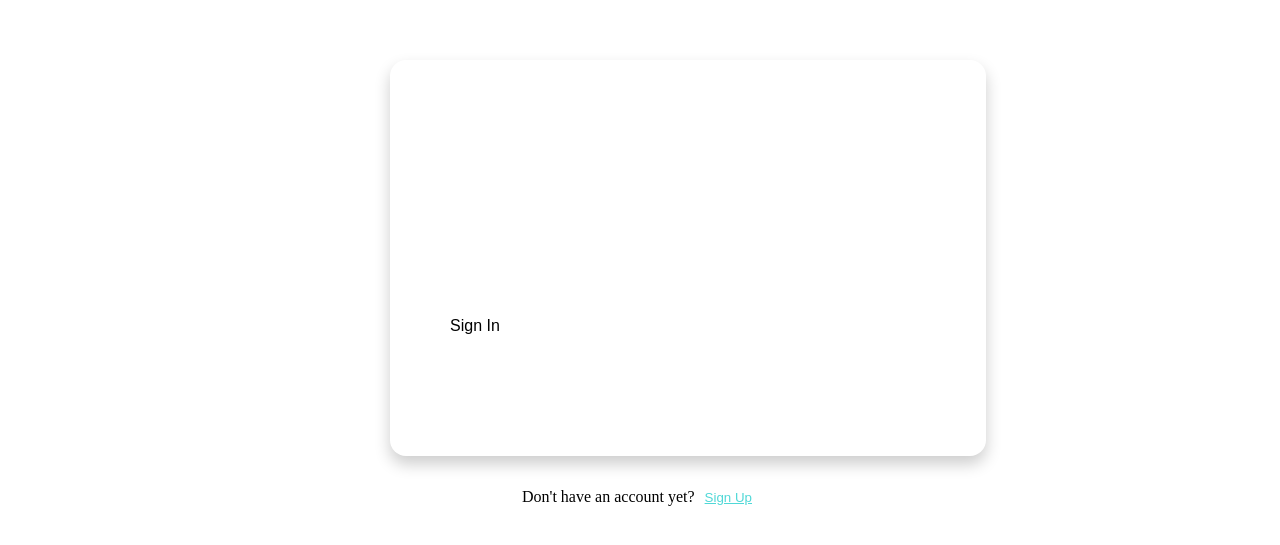
Repository: bettowww/TravelDSA
Page: /auth
An editor plug-in stored every save of this project. The page is shown before and after the next save, followed by the edit.
The browser window is 1280 px wide. The pictures show the whole page.
The page's requests for data from a server got no answer. The project was rebuilt for these pictures with package versions that can differ from the ones it lists, and the page was loaded fresh each time. The framework's server and built-in components were replaced by stand-ins that run in the browser. No one was signed in, and anything a server would have sent is missing. Also part of the build but not shown: next.config.mjs.

Above is the page before, as saved 2024-12-09 15:59:13.

### app/auth/page.jsx
"use client";  // Asigură-te că acest lucru este adăugat pentru a marca componenta ca fiind client-side
import { useState, useEffect } from "react";
import { useRouter } from "next/navigation";  // Importă useRouter din 'next/navigation'
import AuthForm from "../../components/AuthForm"; // Componenta ta pentru formulare
import { auth } from "../firebase/config"; // Configurarea Firebase
import { createUserWithEmailAndPassword, signInWithEmailAndPassword } from "firebase/auth";

import "/styles/auth.css"; // Stilurile pentru paginile de autentificare

const AuthPage = () => {
  const [isSignUp, setIsSignUp] = useState(false); // Controlează ce formular să afișeze
  const [email, setEmail] = useState(""); // Stochează email-ul
  const [password, setPassword] = useState(""); // Stochează parola
  const [error, setError] = useState(null); // Gestionarea erorilor
  const [successMessage, setSuccessMessage] = useState(""); // Mesajul de succes
  const router = useRouter(); // Folosește useRouter pentru a naviga

  const toggleForm = () => {
    setIsSignUp((prev) => !prev); // Comută între Sign Up și Sign In
    setError(null); // Resetează erorile
    setEmail(""); // Resetează câmpul Email
    setPassword(""); // Resetează câmpul Password
    setSuccessMessage(""); // Resetează mesajul de succes
  };

  const handleSubmit = async (e) => {
    e.preventDefault();
    setError(null); // Resetează erorile la trimiterea formularului

    try {
      if (isSignUp) {
        // Crează un nou utilizator
        await createUserWithEmailAndPassword(auth, email, password);
        setSuccessMessage("Account created successfully! Please log in.");
        setIsSignUp(false); // Comută automat la Sign In
        setEmail(""); // Resetează câmpul Email
        setPassword(""); // Resetează câmpul Password
      } else {
        // Autentifică utilizatorul
        await signInWithEmailAndPassword(auth, email, password);
        alert("Sign In successful!");

        // După autentificare, redirecționează utilizatorul la /home
        router.push("/home");  // Redirecționează la pagina principală
      }
    } catch (err) {
      setError(err.message); // Afișează eroarea în caz de eșec
    }
  };

  return (
    <div style={{ maxWidth: "500px", margin: "auto", padding: "20px" }}>
      {/* Afișează mesajul de succes dacă există */}
      {successMessage && <p className="success-message">{successMessage}</p>}

      {/* Formularele de autentificare și înregistrare */}
      <AuthForm
        email={email}
        password={password}
        setEmail={setEmail}
        setPassword={setPassword}
        error={error}
        handleSubmit={handleSubmit}
        buttonText={isSignUp ? "Sign Up" : "Sign In"}
      />

      {/* Link pentru comutarea între Sign In și Sign Up */}
      <div style={{ textAlign: "center", marginTop: "10px" }}>
        <p>
          {isSignUp
            ? "Already have an account? "
            : "Don't have an account yet? "}
          <button
            onClick={toggleForm}
            style={{
              background: "none",
              border: "none",
              color: "#50D8D7",
              cursor: "pointer",
              textDecoration: "underline",
            }}
          >
            {isSignUp ? "Sign In" : "Sign Up"}
          </button>
        </p>
      </div>
    </div>
  );
};

export default AuthPage;

### components/AuthForm.jsx
import React from "react";
import '../styles/auth.css'; // sau asigură-te că stilurile sunt aplicate din globals.css

const AuthForm = ({ email, password, setEmail, setPassword, error, handleSubmit, buttonText, className }) => {
  return (
    <div className={`auth-form ${className}`}>
      <h1 className="auth-form-title">{buttonText}</h1>
      <form onSubmit={handleSubmit}>
        <div className="auth-form-group">
          <label className="auth-form-label" htmlFor="email">Email</label>
          <input
            id="email"
            type="email"
            value={email}
            onChange={(e) => setEmail(e.target.value)}
            className="auth-form-input"
            required
          />
        </div>
        <div className="auth-form-group">
          <label className="auth-form-label" htmlFor="password">Password</label>
          <input
            id="password"
            type="password"
            value={password}
            onChange={(e) => setPassword(e.target.value)}
            className="auth-form-input"
            required
          />
        </div>
        {error && <p className="auth-form-error">{error}</p>}
        <button type="submit" className="auth-form-button">
          {buttonText}
        </button>
      </form>
    </div>
  );
};

  export default AuthForm;

### app/firebase/config.js
// Import the functions you need from the SDKs you need
import { initializeApp, getApps, getApp } from "firebase/app";
import { getAuth } from "firebase/auth";
import { getAnalytics } from "firebase/analytics";

const firebaseConfig = {
  apiKey: process.env.NEXT_PUBLIC_FIREBASE_API_KEY,
  authDomain: process.env.NEXT_PUBLIC_FIREBASE_AUTH_DOMAIN,
  databaseURL: process.env.NEXT_PUBLIC_FIREBASE_DATABASE_URL,
  projectId: process.env.NEXT_PUBLIC_FIREBASE_PROJECT_ID,
  storageBucket: process.env.NEXT_PUBLIC_FIREBASE_STORAGE_BUCKET,
  messagingSenderId: process.env.NEXT_PUBLIC_FIREBASE_MESSAGING_SENDER_ID,
  appId: process.env.NEXT_PUBLIC_FIREBASE_APP_ID,
  measurementId: process.env.NEXT_PUBLIC_FIREBASE_MEASUREMENT_ID
};

// Initialize Firebase
const app = !getApps().length ? initializeApp(firebaseConfig) : getApp();
const auth = getAuth(app);

export {app, auth};

### styles/auth.css
.auth-form {
    max-width: 600px;
    width: 100%;
    min-height: 300px;
    margin: 2rem auto;
    padding: 3rem;
    background-color: var(--color-jet);
    border: 1px solid var(--color-border);
    border-radius: 16px;
    box-shadow: 0 8px 16px rgba(0, 0, 0, 0.2);
    animation: fadeIn 0.5s ease-in-out;
}

.auth-form-title {
    font-size: 1.5rem;
    margin-bottom: 1.5rem;
    text-align: center;
    color: white;
}

.auth-form-label {
    font-size: 1rem;
    color: #ffffff;
    font-weight: bold;
    margin-bottom: 5px;
    display: block;
}

.auth-form-input {
    width: 100%;
    padding: 12px;
    font-size: 1rem;
    border: 1px solid var(--color-border);
    border-radius: 8px;
    background-color: var(--color-gunmetal);
    color: #ffffff;
}

.auth-form-button {
    padding: 12px;
    font-size: 1rem;
    color: var(--color-gunmetal);
    background-color: var(--color-robin-egg-blue);
    border: none;
    border-radius: 8px;
    cursor: pointer;
    transition: transform 0.2s ease, background-color 0.3s ease;
}

After the next save:
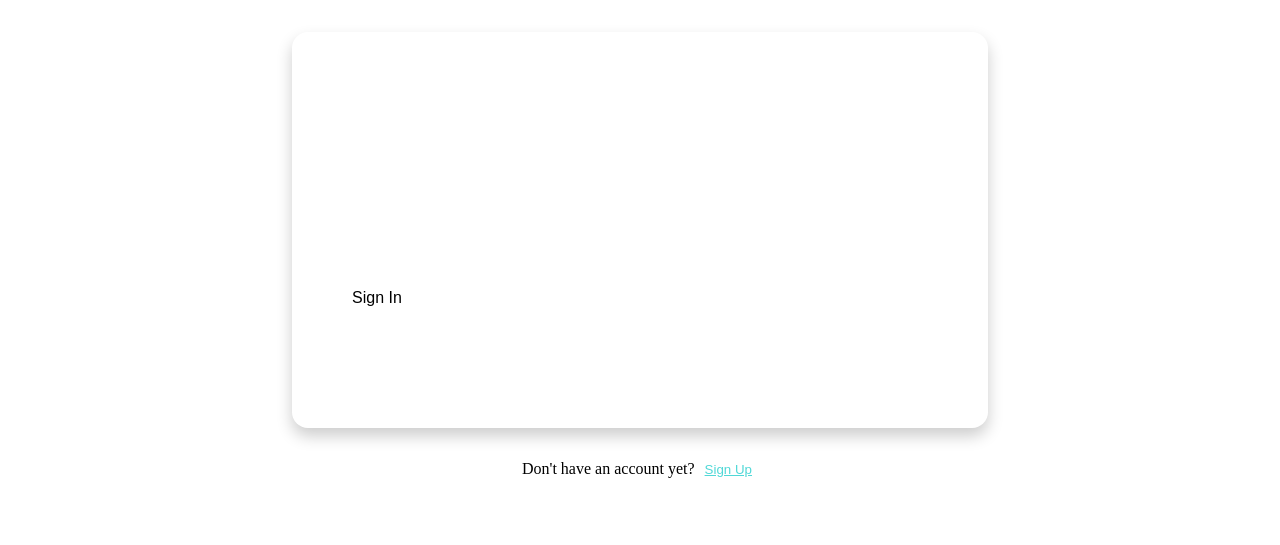
Saved 78 s later.
--- a/app/auth/page.jsx
+++ b/app/auth/page.jsx
@@ -49,7 +49,7 @@ const AuthPage = () => {
   };
 
   return (
-    <div style={{ maxWidth: "500px", margin: "auto", padding: "20px" }}>
+    <div className="auth-page-container">
       {/* Afișează mesajul de succes dacă există */}
       {successMessage && <p className="success-message">{successMessage}</p>}
 

After the 2 saves that followed:
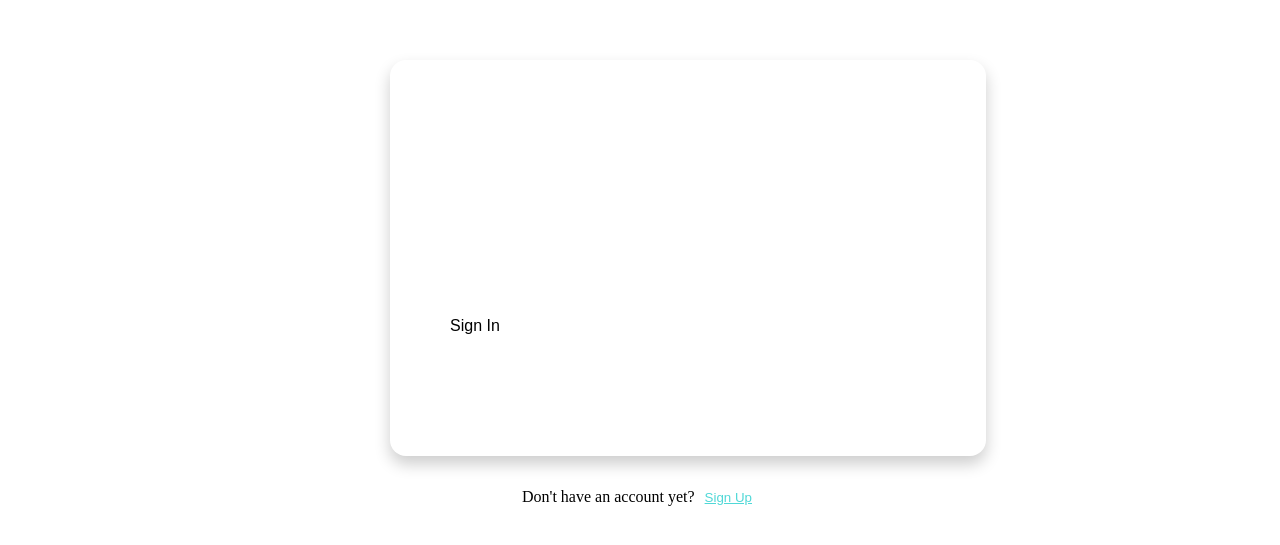
The 2 saves are shown as one change because 1 left the picture as it was.
The last was saved 24 s later.
--- a/styles/auth.css
+++ b/styles/auth.css
@@ -1,3 +1,9 @@
+.auth-page-container {
+    max-width: 500px;
+    margin: auto;
+    padding: 20px;
+}
+
 .auth-form {
     max-width: 600px;
     width: 100%;
